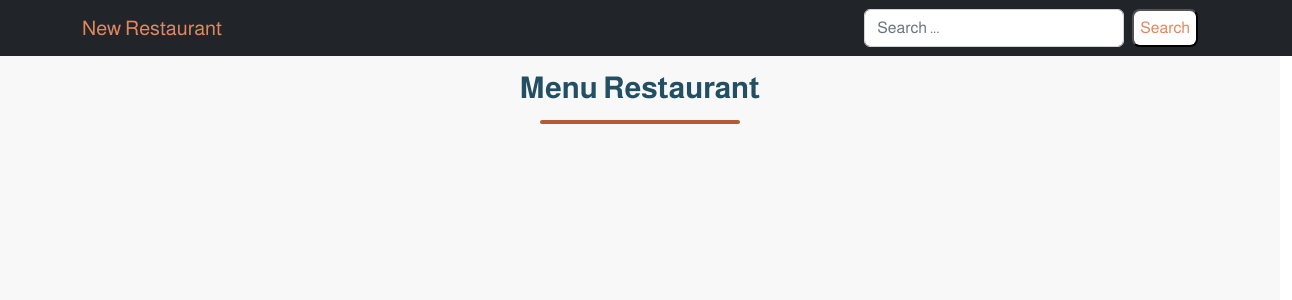
Repository: SD-Mdouka/react-table
Page: /
The author's editor kept a copy of each file at every save. The page is drawn from the files as they stood at one save, then again after the next save.
The browser window is 1280 px wide. The page is 1292 px wide, so the pictures cover 1292 px, including what lies to the right of the window. The pictures show the whole page.
The project was rebuilt for these pictures with package versions that can differ from the ones it lists, and the page was loaded fresh each time.

Above is the page before, as saved 2022-10-06 16:20:33.

### public/index.html
<!DOCTYPE html>
<html lang="en">

<head>
    <meta charset="utf-8" />
    <link rel="icon" href="%PUBLIC_URL%/favicon.ico" />
    <meta name="viewport" content="width=device-width, initial-scale=1" />
    <meta name="theme-color" content="#000000" />
    <meta name="description" content="Web site created using create-react-app" />
    <link rel="apple-touch-icon" href="%PUBLIC_URL%/logo192.png" />
    <!--
      manifest.json provides metadata used when your web app is installed on a
      user's mobile device or desktop. See https://developers.google.com/web/fundamentals/web-app-manifest/
    -->
    <link rel="manifest" href="%PUBLIC_URL%/manifest.json" />
    <link rel="preconnect" href="https://fonts.googleapis.com" />
    <link rel="preconnect" href="https://fonts.gstatic.com" crossorigin />
    <link href="https://fonts.googleapis.com/css2?family=Almarai:wght@300;400;700;800&family=Cairo:wght@300&display=swap" rel="stylesheet" />

    <link rel="stylesheet" href="https://cdn.jsdelivr.net/npm/bootstrap@5.2.0-beta1/dist/css/bootstrap.min.css" integrity="sha384-0evHe/X+R7YkIZDRvuzKMRqM+OrBnVFBL6DOitfPri4tjfHxaWutUpFmBp4vmVor" crossorigin="anonymous" />
    <title>React App</title>
</head>

<body>
    <noscript>You need to enable JavaScript to run this app.</noscript>
    <div id="root"></div>
    <!--
      This HTML file is a template.
      If you open it directly in the browser, you will see an empty page.

      You can add webfonts, meta tags, or analytics to this file.
      The build step will place the bundled scripts into the <body> tag.

      To begin the development, run `npm start` or `yarn start`.
      To create a production bundle, use `npm run build` or `yarn build`.
    -->
</body>

</html>

### src/App.tsx
import React from "react";
import { Container } from "react-bootstrap";
import "./App.css";
import NavBar from "./components/Navbar";
import Header from "./components/Header";

const App = () => {
  return (
    <div className="color-body font">
      <NavBar />
      <Container>
        <Header />
      </Container>
    </div>
  );
};

export default App;

### src/App.css
.color-body {
    background-color: #f8f8f8;
    height: 100vh;
}

.font {
    font-family: "Almarai", sans-serif;
}

.title {
    color: #224f61;
    font-family: Almarai;
    font-size: 30px;
    font-weight: bold;
    letter-spacing: 0;
    line-height: 64px;
}

.underline {
    height: 1px;
    width: 200px;
    border-radius: 10px;
    border: 2px solid #b45b35;
    background-color: #e4865d;
}

.btn {
    color: black;
    font-family: Almarai;
    font-size: 18px;
    letter-spacing: 0;
    line-height: 24px;
}

.btn:hover {
    color: black;
    font-family: Almarai;
    font-size: 18px;
    font-weight: bold;
    letter-spacing: 0;
    line-height: 24px;
    border-radius: 11px;
    border: none;
    background-color: #e4865d;
}

.img-item {
    height: 180px;
    width: 252px;
    border-radius: 5px;
}

.item-description {
    color: #8c8c8c;
    font-family: Almarai;
    font-size: 16px;
    letter-spacing: 0;
    line-height: 20px;
}

.item-title {
    color: #555555;
    font-family: Almarai;
    font-size: 16px;
    font-weight: bold;
    letter-spacing: 0;
    line-height: 20px;
}

.card-color {
    background-color: #f8f8f8;
}

.item-price {
    color: #e4865d;
    font-family: Almarai;
    font-size: 16px;
    font-weight: bold;
    letter-spacing: 0;
    line-height: 20px;
}

.btn-search {
    color: #e4865d;
    border-radius: 3px solid #e4865d;
    border-radius: 8px;
    background-color: white;
    -webkit-border-radius: 3px solid #e4865d;
    -moz-border-radius: 3px solid #e4865d;
    -ms-border-radius: 3px solid #e4865d;
    -o-border-radius: 3px solid #e4865d;
}

.btn-search:hover {
    color: white;
    border-radius: 3px solid white;
    background-color: #e4865d;
    border-radius: 8px;
    -webkit-border-radius: 3px solid white;
    -moz-border-radius: 3px solid white;
    -ms-border-radius: 3px solid white;
    -o-border-radius: 3px solid white;
}

.brand-color {
    color: #e4865d;
}

### src/components/Navbar.tsx
import React from "react";
import { Container, Navbar, Row, Nav, Form } from "react-bootstrap";

const NavBar = () => {
  return (
    <Row>
      <Navbar bg="dark" variant="dark">
        <Container>
          <Navbar.Brand href="#">
            <div className="brand-color">New Restaurant</div>
          </Navbar.Brand>
          <Navbar.Toggle aria-controls="navbarScroll" />
          <Navbar.Collapse id="navbarScroll">
            <Nav
              className="me-auto my-2 my-lg-0"
              style={{ maxHeight: "100px" }}
              navbarScroll
            ></Nav>
            <Form className="d-flex">
              <Form.Control
                type="text"
                placeholder="Search ..."
                className="mx-2"
              />
              <button className="btn-search">Search</button>
            </Form>
          </Navbar.Collapse>
        </Container>
      </Navbar>
    </Row>
  );
};

export default NavBar;

### src/components/Header.tsx
import React from "react";
import { Row, Col } from "react-bootstrap";

const Header = () => {
  return (
    <Row>
      <Col sm="12" className="justify-content-center text-center">
        <div className="title">Menu Restaurant</div>
        <div className="justify-content-center d-flex">
          <p className="underline"></p>
        </div>
      </Col>
    </Row>
  );
};

export default Header;

### src/components/Category.tsx
import React from "react";
import { Row, Col } from "react-bootstrap";

const Category = () => {
  return (
    <Row>
      <Col sm="12" className="d-flex justify-content-center">
        <div>
          <button className="btn mx-2">Touts</button>
          <button className="btn mx-2">Matain</button>
          <button className="btn mx-2">Noir</button>
        </div>
      </Col>
    </Row>
  );
};

export default Category;

Loaded but not shown: src/index.tsx (common file); src/index.css (common file); src/reportWebVitals.ts (common file)

After the next save:
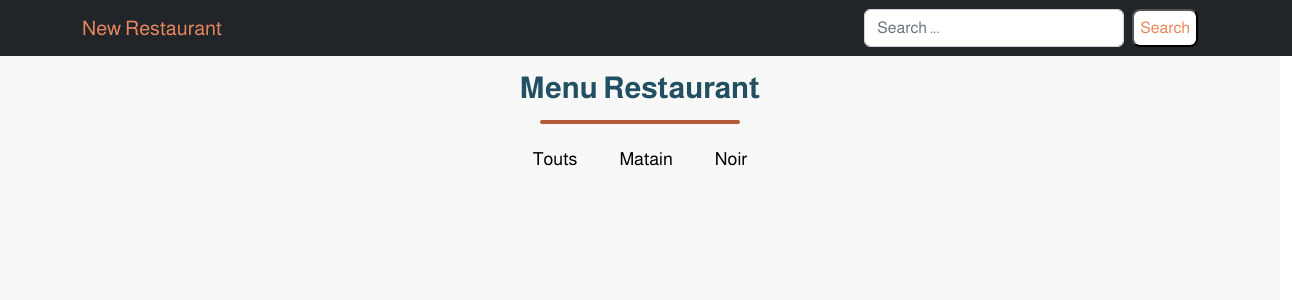
Saved 17 s later.
--- a/src/App.tsx
+++ b/src/App.tsx
@@ -3,6 +3,7 @@ import { Container } from "react-bootstrap";
 import "./App.css";
 import NavBar from "./components/Navbar";
 import Header from "./components/Header";
+import Category from "./components/Category";
 
 const App = () => {
   return (
@@ -10,6 +11,7 @@ const App = () => {
       <NavBar />
       <Container>
         <Header />
+        <Category />
       </Container>
     </div>
   );
